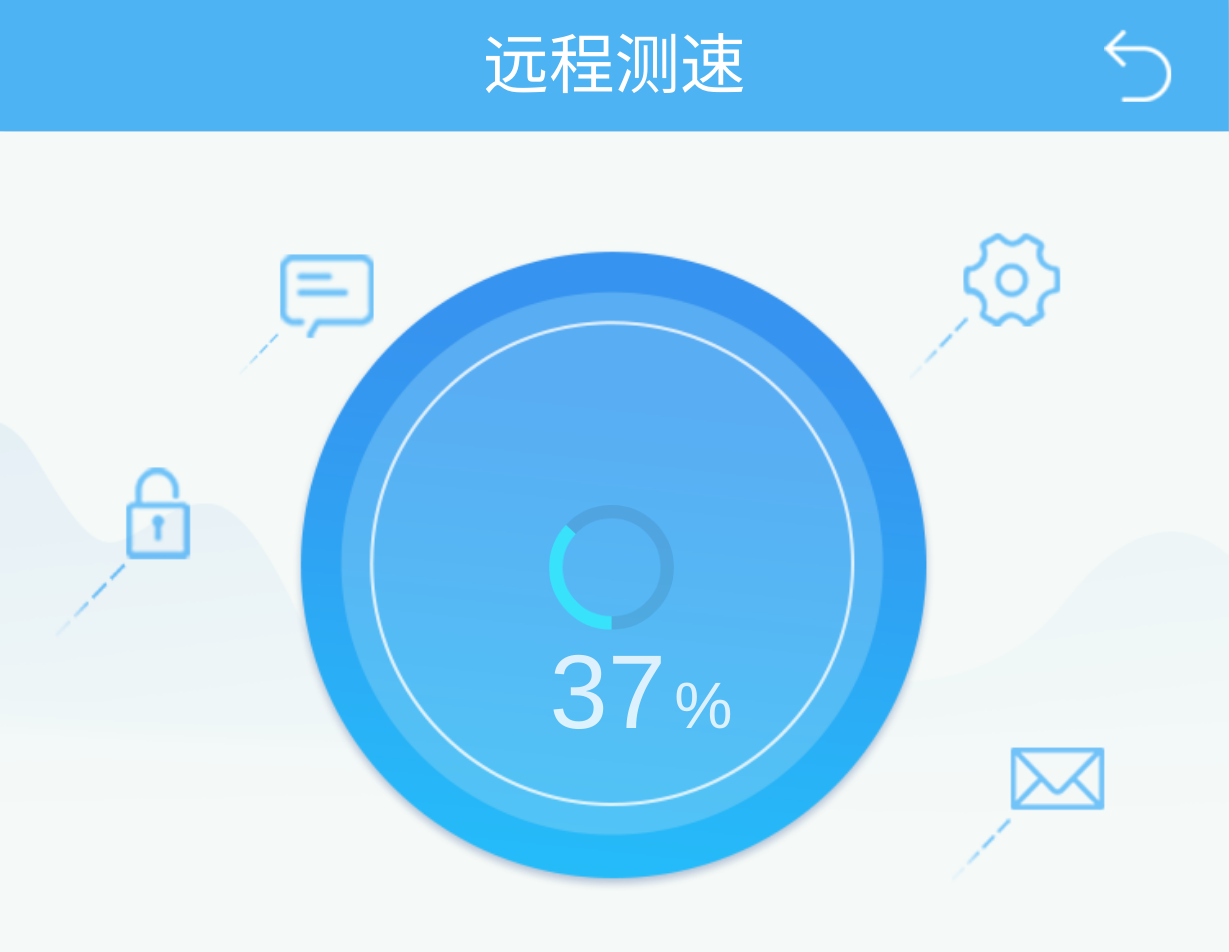
Repository: wangbiaozy/8.24
Page: index_test1.html
The author's editor kept a copy of each file at every save. The page is drawn from the files as they stood at one save, then again after the next save.
The browser window is 1280 px wide. The pictures show the whole page, at 96% of full size.

Above is the page before, as saved 2018-08-23 18:23:34.

### index_test1.html
<!DOCTYPE html>
<html lang="en">
<head>
    <meta charset="UTF-8">
    <meta name="viewport"
          content="width=device-width, user-scalable=no, initial-scale=1.0, maximum-scale=1.0, minimum-scale=1.0">
    <title>Title</title>
    <link rel="stylesheet" href="css/reset.min.css">
    <link rel="stylesheet/less" href="css/styles_test1.less">
    <script src="js/less-1.7.0.min.js"></script>
</head>
<body>
    <header>
        <p>远程测速</p>
        <a class="back" href="javascript:void(0)"></a>
    </header>
    <main>
        <div class="circle">
            <div class="progress_1">
                <p><span>75</span>%</p>
            </div>
        </div>
    </main>
</body>
</html>
<script src="js/jquery-1.10.1.min.js"></script>
<script src="js/circle-progress.min.js"></script>
<script src="js/index.js"></script>

### css/reset.min.css
@charset "utf-8";
/*默认样式清除和初始化*/
body,h1,h2,h3,h4,h5,h6,hr,p,blockquote,dl,dt,dd,ul,ol,li,button,input,textarea,th,td{margin:0;padding:0}body{font-size:12px;font-style:normal;font-family:"\5FAE\8F6F\96C5\9ED1",Helvetica,sans-serif}small{font-size:12px}h1{font-size:18px}h2{font-size:16px}h3{font-size:14px}h4,h5,h6{font-size:100%}ul,ol{list-style:none}a{text-decoration:none;background-color:transparent}a:hover,a:active{outline-width:0;text-decoration:none}table{border-collapse:collapse;border-spacing:0}hr{border:0;height:1px}img{border-style:none}img:not([src]){display:none}svg:not(:root){overflow:hidden}html{-webkit-touch-callout:none;-webkit-text-size-adjust:100%}input,textarea,button,a{-webkit-tap-highlight-color:rgba(0,0,0,0)}article,aside,details,figcaption,figure,footer,header,main,menu,nav,section,summary{display:block}audio,canvas,progress,video{display:inline-block}audio:not([controls]),video:not([controls]){display:none;height:0}progress{vertical-align:baseline}mark{background-color:#ff0;color:#000}sub,sup{position:relative;font-size:75%;line-height:0;vertical-align:baseline}sub{bottom:-0.25em}sup{top:-0.5em}button,input,select,textarea{font-size:100%;outline:0}button,input{overflow:visible}button,select{text-transform:none}textarea{overflow:auto}button,html [type="button"],[type="reset"],[type="submit"]{-webkit-appearance:button}button::-moz-focus-inner,[type="button"]::-moz-focus-inner,[type="reset"]::-moz-focus-inner,[type="submit"]::-moz-focus-inner{border-style:none;padding:0}button:-moz-focusring,[type="button"]:-moz-focusring,[type="reset"]:-moz-focusring,[type="submit"]:-moz-focusring{outline:1px dotted ButtonText}[type="checkbox"],[type="radio"]{box-sizing:border-box;padding:0}[type="number"]::-webkit-inner-spin-button,[type="number"]::-webkit-outer-spin-button{height:auto}[type="search"]{-webkit-appearance:textfield;outline-offset:-2px}[type="search"]::-webkit-search-cancel-button,[type="search"]::-webkit-search-decoration{-webkit-appearance:none}::-webkit-input-placeholder{color:inherit;opacity:.54}::-webkit-file-upload-button{-webkit-appearance:button;font:inherit}.clear:after{display:block;height:0;content:"";clear:both}
*{ -webkit-tap-highlight-color: rgba(0,0,0,0);-webkit-tap-highlight-color: transparent; /* For some Androids */ }

### js/index.js
(function (doc, win) {
    var docEl = doc.documentElement,
        resizeEvt = 'orientationchange' in window ? 'orientationchange' : 'resize',
        recalc = function () {
            var clientWidth = docEl.clientWidth;
            if (!clientWidth) return;
            docEl.style.fontSize = 100 * (clientWidth / 750) + 'px';
        };
    if (!doc.addEventListener) return;
    win.addEventListener(resizeEvt, recalc, false);
    doc.addEventListener('DOMContentLoaded', recalc, false);
})(document, window);
$(function () {

    //首页一键体检
    $('#beforeBtn').on('click',function(){
        $('.before').hide();
        $('.check').show();
        $('.progress').circleProgress({
            value: 1,
            size: 115,
            startAngle: Math.PI/2,
            thickness: 14,
            animation: {duration:12000},//进度条完成时间（ms）
            fill: {
                gradient: ["#32edfd"]
            },
            //circle-animation-start：	function(event)-event - jQ事件
            //circle-animation-progress：	function(event, animationProgress, stepValue)：-event - jQ事件 animationProgress - 从0.0到1.0stepValue - 当前的步长值，从0.0到value
            //circle-animation-end:	function(event)：-event - jQ事件
        }).on('circle-animation-progress', function (event, progress, stepValue) {
                $(this).find('span').html(parseInt(stepValue.toFixed(2) * 100));
        }).on('circle-animation-end',function(){
            $('.message').removeClass('move');
            stop();
            $('.check').hide();
            $('.result').show();
        });
        start();
        messageMove();
    });

    //远程测速
    $('.progress_1').circleProgress({
        value: 1,
        size: 130,
        startAngle: Math.PI/2,
        thickness: 14,
        animation: {duration:12000},//进度条完成时间（ms）
        fill: {
            gradient: ["#32edfd"]
        },
        //circle-animation-start：	function(event)-event - jQ事件
        //circle-animation-progress：	function(event, animationProgress, stepValue)：-event - jQ事件 animationProgress - 从0.0到1.0stepValue - 当前的步长值，从0.0到value
        //circle-animation-end:	function(event)：-event - jQ事件
    }).on('circle-animation-progress', function (event, progress, stepValue) {
            $(this).find('span').html(parseInt(stepValue.toFixed(2) * 100));
    }).on('circle-animation-end',function(){
        $('.message').removeClass('move');
        stop();
        $('.check').hide();
        $('.result').show();
    });

    //检查项滚动
    var messageInnerText = '1111';
    function messageScroll(){
        $('.message').children('li:first-child').remove();
        $('.message').append('<li>'+messageInnerText+'</li>');
        if(!$('.message').hasClass('move')){
            window.clearInterval(timer);
        }
    }
    function messageMove(){
        timer = window.setInterval(messageScroll,500);
    }


    //检测时间
    var hour,minute,second;
    hour=minute=second=0;
    var millisecond=0;
    var int;
    function start(){
        int=setInterval(times,50);
    }
    function times(){
        millisecond=millisecond+50;
        if(millisecond>=1000){
            millisecond=0;
            second=second+1;
        }
        if(second>=60){
            second=0;
            minute=minute+1;
        }

        if(minute>=60){
            minute=0;
            hour=hour+1;
        }
      $('#timeText').text((hour<10?"0"+hour:hour)+':'+(minute<10?"0"+minute:minute)+':'+(second<10?"0"+second:second));
    }
    function stop(){
        window.clearInterval(int);
    }


    //查看详细清单下拉
    $('.arrow').on('click',function(){
        var $this = $(this),
            $listBox = $(this).siblings('div');
        $listBox.slideToggle("normal",function(){
            if($listBox.css('display') === 'block'){
                $this.addClass('act');
                $this.siblings('p').css('opacity','0');
            }else{
                $this.removeClass('act');
                $this.siblings('p').css('opacity','1');
            }
        });
    });



    //网关重启 WIFI开关 LED指示灯开关 查看黑名单
    $('#controlBox').on('click','a',function(){
        var $this = $(this);
        if($this.hasClass('off')){
            $this.removeClass('off');
        }else{
            $this.addClass('off');
        }
    });

    $('#look_blacklist').on('click',function(){
        $('.blacklistModel').show();
    });

    //返回
    $('.back').on('click',function(){
        window.history.go(-1);
    });
    //关闭弹窗
    $('.close').on('click',function(){
        $(this).parent().hide();
        hideMask();
    });
    //显示遮罩层
    function showMask(){
        $("#mask").css("height",$(document).height());
        $("#mask").css("width",$(document).width());
        $("#mask").show();
        $('body').css('position','fixed');
    }
    //隐藏遮罩层
    function hideMask(){
        $("#mask").hide();
        $('body').css('position','unset');
    }
});

Loaded but not shown: js/less-1.7.0.min.js (library); js/jquery-1.10.1.min.js (library); js/circle-progress.min.js (library)

After the next save:
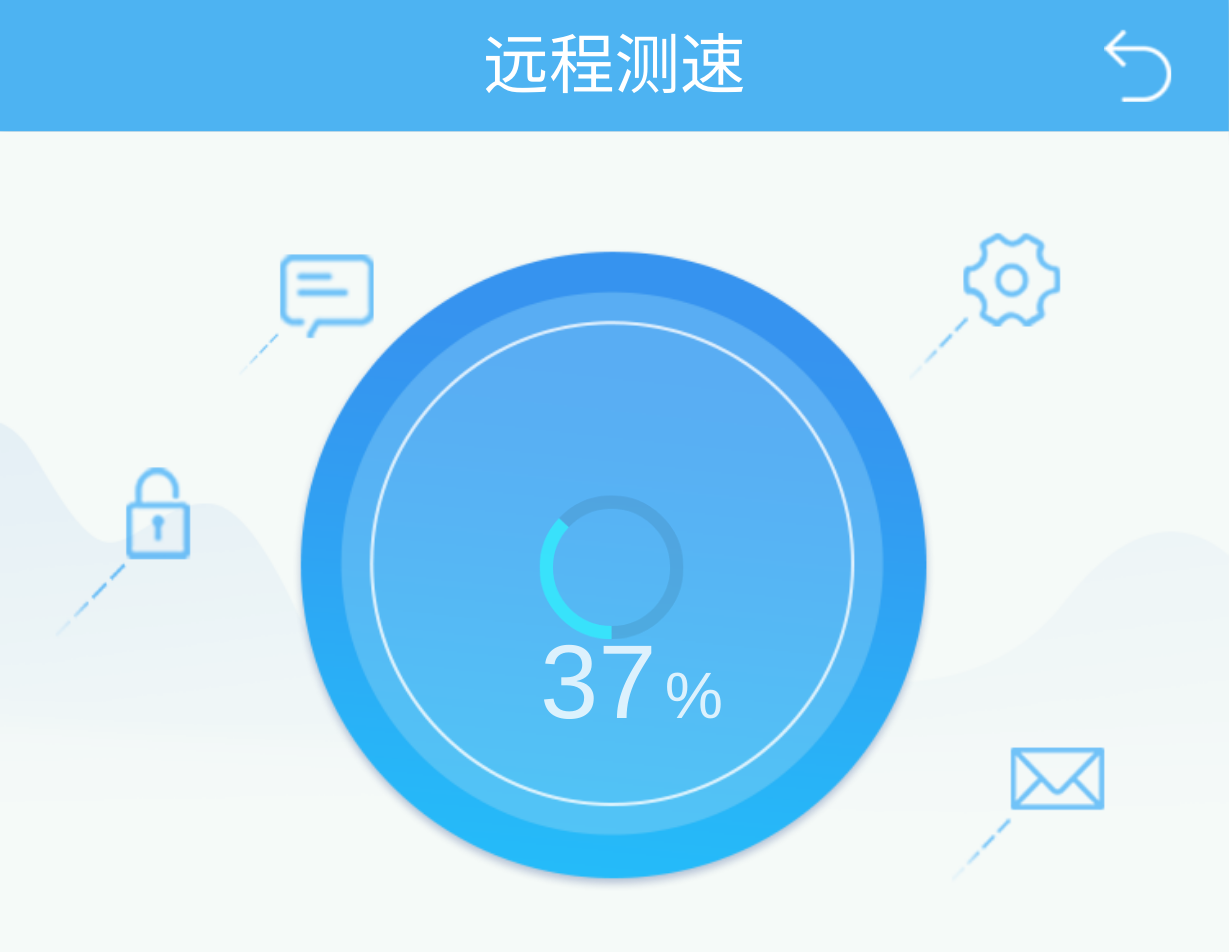
Saved 5 s later.
--- a/js/index.js
+++ b/js/index.js
@@ -43,7 +43,7 @@ $(function () {
     //远程测速
     $('.progress_1').circleProgress({
         value: 1,
-        size: 130,
+        size: 150,
         startAngle: Math.PI/2,
         thickness: 14,
         animation: {duration:12000},//进度条完成时间（ms）
